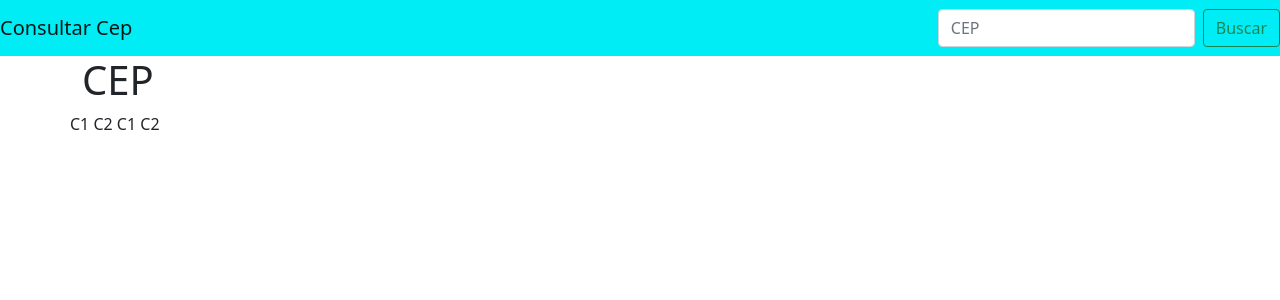
Repository: ViniciusCMS/StudyJquerry
Page: index.html
The author's editor kept a copy of each file at every save. The page is drawn from the files as they stood at one save, then again after the next save.
The browser window is 1280 px wide. The pictures show the whole page.

Above is the page before, as saved 2021-11-26 11:22:02.

After the next save:
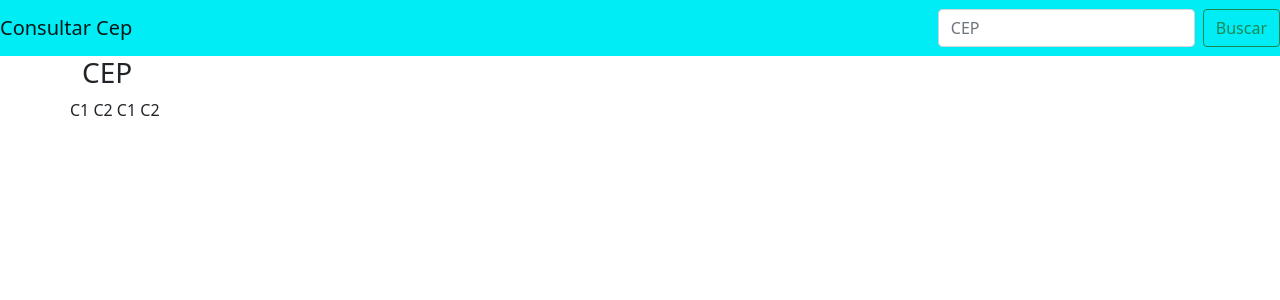
Saved 59 s later.
--- a/index.html
+++ b/index.html
@@ -20,7 +20,7 @@
 
     <div class="container">
         <div class="row">
-            <h1>CEP</h1>
+            <h3>CEP</h3>
         </div>
         <div class="row">
 
